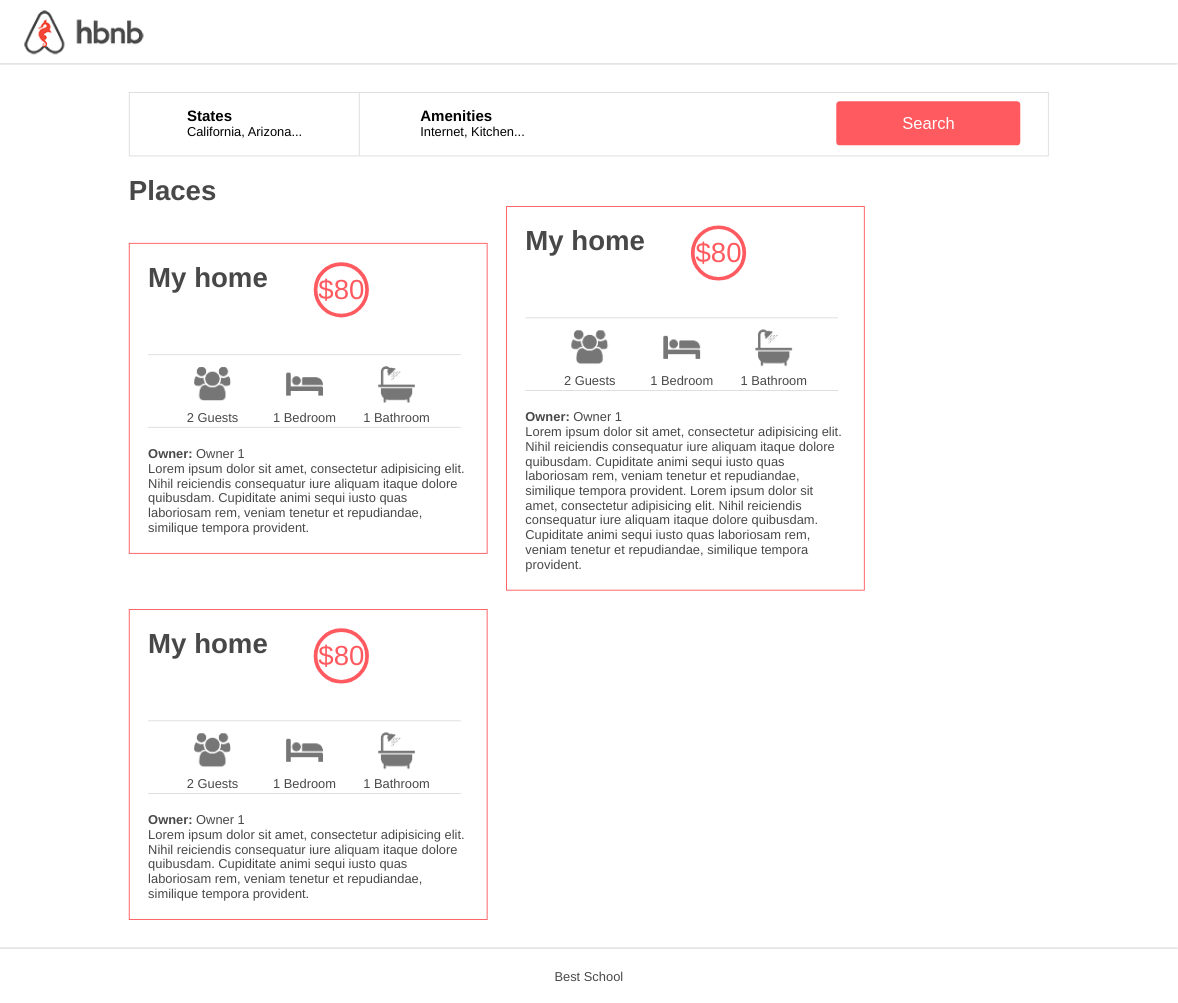
Repository: Eng-0marleves/AirBnB_clone
Page: web_static/8-index.html
An editor plug-in stored every save of this project. The page is shown before and after the next save, followed by the edit.
The browser window is 1280 px wide. The pictures show the whole page, at 92% of full size.

Above is the page before, as saved 2023-12-18 07:29:04.

### web_static/8-index.html
<!DOCTYPE html>
<html lang="en">

<head>
	<meta charset="UTF-8">
	<meta name="viewport" content="width=device-width, initial-scale=1.0">
	<title>AirBnB Clone</title>
	<link rel="icon" href="images/icon.png">

	<link rel="stylesheet" href="styles/4-common.css">
	<link rel="stylesheet" href="styles/3-header.css">
	<link rel="stylesheet" href="styles/3-footer.css">
	<link rel="stylesheet" href="styles/6-filters.css">
	<link rel="stylesheet" href="styles/8-places.css">
</head>

<body>
	<header>
		<div class="logo"></div>
	</header>

	<div class="container">
		<section class="filters">
			<div class="locations">
				<h3 class="title">States</h3>
				<h4 class="subtitle">California, Arizona...</h4>
				<div class="dropdowen">
					<h3>Arizona:</h3>
					<ul class="popover">
						<li>
							<h4>Page 1</h4>
							<h4>Page 2</h4>
						</li>
						<h3>Arizona:</h3>
						<li>
							<h4>San Francisco</h4>
							<h4>Los Altos</h4>
						</li>
					</ul>
				</div>
			</div>
			<div class="amenities">
				<h3 class="title">Amenities</h3>
				<h4 class="subtitle">Internet, Kitchen...</h4>
				<div class="dropdowen">
					<ul>
						<h3>Internet:</h3>
						<li>
							<h4>TV</h4>
						</li>
						<h3>Kitchen:</h3>
						<li>
							<h4>Iron</h4>
						</li>
					</ul>
				</div>
			</div>
			<button>Search</button>
		</section>
		<section class="places">
			<h1>Places</h1>
			<div class="places-container">
				<article>
					<div class="header">
						<h2>My home</h2>
						<div class="price_by_night">
							$80
						</div>
					</div>
					<div class="information">
						<div class="max_guest">
							<img src="images/icon_group.png" alt="">
							<p>2 Guests</p>
						</div>
						<div class="number_rooms">
							<img src="images/icon_bed.png" alt="">
							<p>1 Bedroom</p>
						</div>
						<div class="number_bathrooms">
							<img src="images/icon_bath.png" alt="">
							<p>1 Bathroom</p>
						</div>
					</div>
					<div class="user">
						<b>Owner:</b> Owner 1
					</div>
					<div class="description">
						Lorem ipsum dolor sit amet, consectetur adipisicing elit. Nihil reiciendis consequatur iure
						aliquam itaque dolore quibusdam. Cupiditate animi sequi iusto quas laboriosam rem, veniam
						tenetur et repudiandae, similique tempora provident.
					</div>
				</article>
				<article>
					<div class="header">
						<h2>My home</h2>
						<div class="price_by_night">
							$80
						</div>
					</div>
					<div class="information">
						<div class="max_guest">
							<img src="images/icon_group.png" alt="">
							<p>2 Guests</p>
						</div>
						<div class="number_rooms">
							<img src="images/icon_bed.png" alt="">
							<p>1 Bedroom</p>
						</div>
						<div class="number_bathrooms">
							<img src="images/icon_bath.png" alt="">
							<p>1 Bathroom</p>
						</div>
					</div>
					<div class="user">
						<b>Owner:</b> Owner 1
					</div>
					<div class="description">
						Lorem ipsum dolor sit amet, consectetur adipisicing elit. Nihil reiciendis consequatur iure
						aliquam itaque dolore quibusdam. Cupiditate animi sequi iusto quas laboriosam rem, veniam
						tenetur et repudiandae, similique tempora provident.
						Lorem ipsum dolor sit amet, consectetur adipisicing elit. Nihil reiciendis consequatur iure
						aliquam itaque dolore quibusdam. Cupiditate animi sequi iusto quas laboriosam rem, veniam
						tenetur et repudiandae, similique tempora provident.
					</div>
				</article>
				<article>
					<div class="header">
						<h2>My home</h2>
						<div class="price_by_night">
							$80
						</div>
					</div>
					<div class="information">
						<div class="max_guest">
							<img src="images/icon_group.png" alt="">
							<p>2 Guests</p>
						</div>
						<div class="number_rooms">
							<img src="images/icon_bed.png" alt="">
							<p>1 Bedroom</p>
						</div>
						<div class="number_bathrooms">
							<img src="images/icon_bath.png" alt="">
							<p>1 Bathroom</p>
						</div>
					</div>
					<div class="user">
						<b>Owner:</b> Owner 1
					</div>
					<div class="description">
						Lorem ipsum dolor sit amet, consectetur adipisicing elit. Nihil reiciendis consequatur iure
						aliquam itaque dolore quibusdam. Cupiditate animi sequi iusto quas laboriosam rem, veniam
						tenetur et repudiandae, similique tempora provident.
					</div>
				</article>
			</div>
		</section>
	</div>

	<footer>
		<p>Best School</p>
	</footer>
</body>

</html>

### web_static/styles/4-common.css
* {
  margin: 0;
  padding: 0;
  box-sizing: border-box;
  list-style: none;
}
body {
  margin: 0;
  padding: 0;
  color: #484848;
  font-size: 14px;
  font-family: Circular, "Helvetica Neue", Helvetica, Arial, sans-serif;
}

### web_static/styles/3-header.css
header {
  color: white;
  height: 70px;
  width: 100%;
  border-bottom: 1px solid #cccccc;
}

.logo {
  height: 100%;
  background: url("../images/logo.png") no-repeat;
  background-position: left;
  margin-left: 20px;
}

### web_static/styles/3-footer.css
footer {
  background-color: white;
  height: 60px;
  width: 100%;
  border-top: 1px solid #cccccc;
  position: absolute;
  bottom: 0;
  left: 0;
  display: flex;
  justify-content: center;
  align-items: center;
}

footer p {
  text-align: center;
  padding: 6px;
}

### web_static/styles/6-filters.css
.container {
  max-width: 1000px;
  margin: 30px auto;
}

.filters {
  color: white;
  height: 70px;
  width: 100%;
  border: 1px solid #dddddd;
}

.container button {
  display: block;
  font-size: 18px;
  color: #ffffff;
  background: #ff5a5f;
  height: 48px;
  width: 20%;
  border-radius: 4px;
  border: none;
  margin-left: auto;
  margin-right: 30px;
  margin-top: calc((70px + 48px) / 2 * -1);
}

.container button:hover {
  opacity: 90%;
}

.filters div {
  width: 25%;
  height: 100%;
  display: inline-block;
  color: #000;
  text-align: left;
  vertical-align: top;
  position: relative;
}

.filters div:first-child {
  border-right: 1px solid #dddddd;
}

.filters div .title {
  font-weight: 600;
  text-align: left;
  margin-left: 25%;
  margin-top: calc((70px - 40px) / 2);
}

.filters div .subtitle {
  font-weight: 400;
  font-size: 14px;
  text-align: left;
  margin-left: 25%;
}

.filters div:hover .dropdowen {
  display: block;
}

.filters div .dropdowen {
  display: none;
  position: absolute;
  top: 100%;
  left: 0;
  width: 100%;
  height: fit-content;
  background-color: #fafafa;
  border: 1px solid #dddddd;
  border-radius: 4px;
  box-shadow: 0 2px 4px rgba(0, 0, 0, 0.1);
}

.filters div .dropdowen h3 {
  font-size: 16px;
  margin: 10px;
}

.filters div .dropdowen li {
  margin: 5px 20px;
}

.filters div .title {
  font-weight: 600;
  text-align: left;
}

.filters div .subtitle {
  font-weight: 400;
  font-size: 14px;
  text-align: left;
}

### web_static/styles/8-places.css
.places {
  margin-top: 20px;
}

.places h1 {
  font-size: 30px;
}

.places .places-container {
  display: flex;
  align-items: stretch;
  align-items: center;
  flex-wrap: wrap;
  gap: 20px;
}

.places article {
  width: 390px;
  border: 1px solid #ff5a5f;
  padding: 20px;
  display: flex;
  flex-wrap: wrap;
  flex-direction: row;
}

.places article .header {
  display: flex;
  justify-content: flex-end;
  margin-bottom: 20px;
}

.places article .header h2 {
  font-size: 30px;
  text-align: center;
  margin-right: 50px;
}

.places article .header .price_by_night {
  color: #ff5a5f;
  border: 4px solid #ff5a5f;
  min-width: 60px;
  height: 60px;
  font-size: 30px;
  display: flex;
  justify-content: center;
  align-items: center;
  border-radius: 50%;
}

.places article .information {
  height: 80px;
  border-top: 1px solid #dddddd;
  border-bottom: 1px solid #dddddd;
  padding: 5px 20px 0 20px;
  display: flex;
  justify-content: center;
  align-items: center;
  flex-direction: row;
  flex-wrap: wrap;
  text-align: center;
  margin: 20px 0;
}

.places article .information div {
  width: 100px;
}

footer {
  position: relative;
}

After the next save:
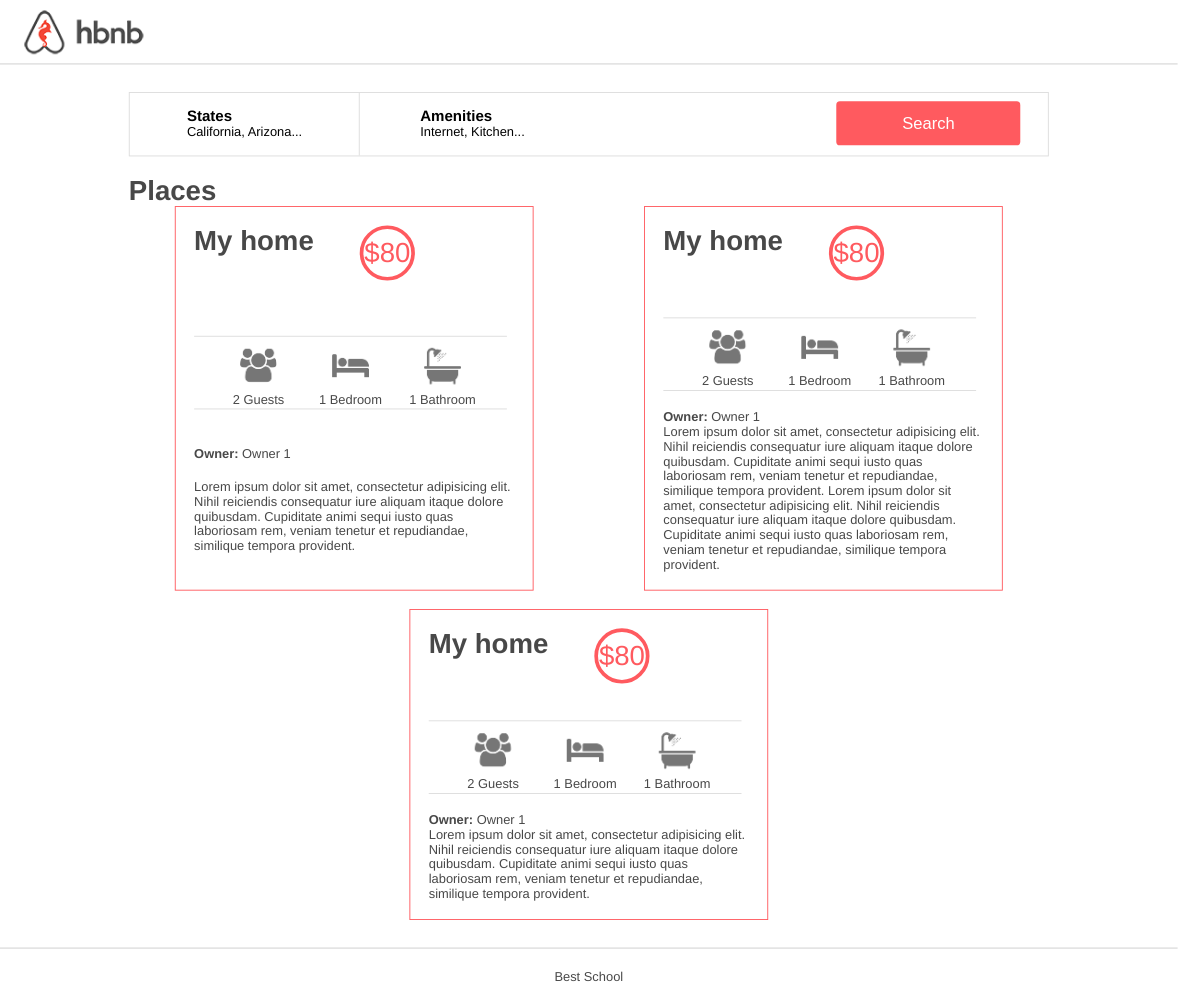
Saved 14 s later.
--- a/web_static/styles/8-places.css
+++ b/web_static/styles/8-places.css
@@ -8,8 +8,8 @@
 
 .places .places-container {
   display: flex;
+  justify-content: space-around;
   align-items: stretch;
-  align-items: center;
   flex-wrap: wrap;
   gap: 20px;
 }
